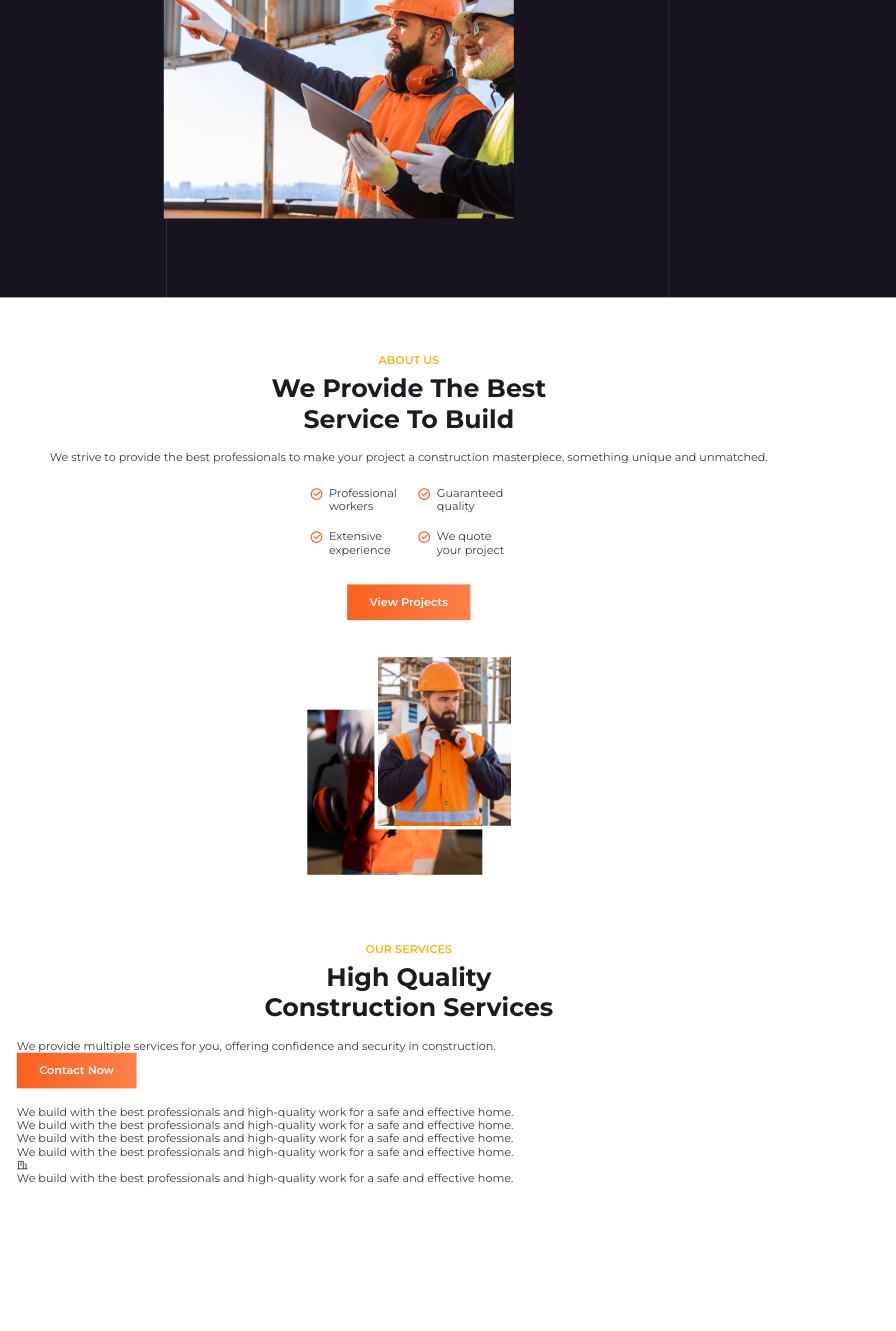
Repository: douglasabnovato/construction
Page: index.html
An editor plug-in stored every save of this project. The page is shown before and after the next save, followed by the edit.
The browser window is 1280 px wide. The pictures show the part of the page from y = 1397 to 3317 px (the page is 3298 px tall before and 3317 px after), at 70% of full size.

Above is the page before, as saved 2025-05-01 12:49:09.

### index.html
<!DOCTYPE html>
<html lang="en">
  <head>
    <meta charset="UTF-8" />
    <meta name="viewport" content="width=device-width, initial-scale=1.0" />

    <!--=============== FAVICON ===============-->
    <link
      rel="shortcut icon"
      href="assets/img/favicon.png"
      type="image/x-icon"
    />

    <!--=============== REMIXICONS ===============-->
    <link
      rel="stylesheet"
      href="https://cdnjs.cloudflare.com/ajax/libs/remixicon/4.2.0/remixicon.css"
    />

    <!--=============== SWIPER CSS ===============-->
    <link rel="stylesheet" href="" />

    <!--=============== CSS ===============-->
    <link rel="stylesheet" href="assets/css/styles.css" />

    <title>Construction</title>
  </head>
  <body>
    <!--==================== HEADER ====================-->
    <header class="header bg-header" id="header">
      <nav class="nav container">
        <a href="#" class="nav__logo">
          <i class="ri-bulding-3-line"></i>
          <span>Construct</span>
        </a>
        <div class="nav__menu" id="nav-menu">
          <u class="nav__list">
            <li>
              <a href="#home" class="nav__link">Home</a>
            </li>
            <li>
              <a href="#aboutus" class="nav__link"> About Us</a>
            </li>
            <li>
              <a href="#services" class="nav__link"> Services</a>
            </li>
            <li>
              <a href="#projects" class="nav__link"> Projects</a>
            </li>
            <li>
              <a href="#contactus" class="nav__link button"> Contact Us</a>
            </li>
          </u>
          <!-- Close Button -->
          <div class="nav__close" id="nav-close">
            <i class="ri-close-large-line"></i>
          </div>
        </div>
        <!-- Toggle menu -->
        <div class="nav__toggle" id="nav-toggle">
          <i class="ri-apps-2-line"></i>
        </div>
      </nav>
    </header>

    <!--==================== MAIN ====================-->
    <main class="main">
      <!--==================== HOME ====================-->
      <section class="home section" id="home">
        <img
          src="./assets/img/home-lines-bg.svg"
          alt="image"
          class="home__lines"
        />
        <div class="home__container container grid">
          <div class="home__container grid">
            <div class="home__data">
              <h1 class="home__title">
                Create The<br />
                Constructions<br />
                You Want Here
              </h1>
              <p class="home__description">
                We provide the best home design, construction and maintenance
                services for you and your family.
              </p>
              <div class="home__buttons">
                <a href="#services" class="button">Our Services</a>
                <a href="#projects" class="button__link"
                  ><span>View Projects</span> <i class="ri-arrow-right-line"></i
                ></a>
              </div>
            </div>
            <div class="home__info">
              <div>
                <h3 class="home__info-title">10+</h3>
                <p class="home__info-description">
                  Years of <br />
                  Experience
                </p>
              </div>
              <div>
                <h3 class="home__info-title">200</h3>
                <p class="home__info-description">
                  Complete <br />
                  Projects
                </p>
              </div>
            </div>
          </div>
          <div class="home__images">
            <img src="./assets/img/home-img-1.png" alt="imagem" />
            <img src="./assets/img/home-img-2.png" alt="imagem" />
          </div>
        </div>
      </section>

      <!--==================== ABOUT ====================-->
      <section class="about section" id="about">
        <div class="about__container container grid">
          <div class="about__data">
            <span class="section__subtitle">ABOUT US</span>
            <h2 class="section__title">
              We Provide The Best <br />
              Service To Build
            </h2>
            <p class="about__description">
              We strive to provide the best professionals to make your project a
              construction masterpiece, something unique and unmatched.
            </p>
            <ul class="about__list grid">
              <li class="about__list-item">
                <i class="ri-checkbox-circle-line"></i>
                <span>Professional workers</span>
              </li>
              <li class="about__list-item">
                <i class="ri-checkbox-circle-line"></i>
                <span>Guaranteed quality</span>
              </li>
              <li class="about__list-item">
                <i class="ri-checkbox-circle-line"></i>
                <span>Extensive experience</span>
              </li>
              <li class="about__list-item">
                <i class="ri-checkbox-circle-line"></i>
                <span>We quote your project</span>
              </li>
            </ul>
            <a href="#" class="button">View Projects</a>
          </div>
          <div class="about__images">
            <img
              src="./assets/img/about-img-1.png"
              alt="image"
              class="about__img-1"
            />
            <img
              src="./assets/img/about-img-2.png"
              alt="image"
              class="about__img-2"
            />
          </div>
        </div>
      </section>

      <!--==================== SERVICES ====================-->
      <section class="services section" id="services">
        <div class="services__container container grid">
          <div class="services__data">
            <div>
              <span class="section__subtitle">OUR SERVICES</span>
              <h2 class="section__title">
                High Quality <br />
                Construction Services
              </h2>
            </div>
            <p class="services__description">
              We provide multiple services for you, offering confidence and
              security in construction.
            </p>
            <a href="#contact" class="button">Contact Now</a>
          </div>
          <div class="services__swiper">
            <div>
              <article class="services__card">
                <div class="services__icon"></div>
                <h3 class="services__title"></h3>
                <p>
                  We build with the best professionals and high-quality work for
                  a safe and effective home.
                </p>
              </article>
              <article class="services__card">
                <div class="services__icon"></div>
                <h3 class="services__title"></h3>
                <p>
                  We build with the best professionals and high-quality work for
                  a safe and effective home.
                </p>
              </article>
              <article class="services__card">
                <div class="services__icon"></div>
                <h3 class="services__title"></h3>
                <p>
                  We build with the best professionals and high-quality work for
                  a safe and effective home.
                </p>
              </article>
              <article class="services__card">
                <div class="services__icon"></div>
                <h3 class="services__title"></h3>
                <p>
                  We build with the best professionals and high-quality work for
                  a safe and effective home.
                </p>
              </article>
              <article class="services__card">
                <div class="services__icon">
                  <i class="ri-building-line"></i>
                </div>
                <h3 class="services__title"></h3>
                <p>
                  We build with the best professionals and high-quality work for
                  a safe and effective home.
                </p>
              </article>
            </div>
          </div>
          <!-- Navigation buttons -->
        </div>
        <div class="services__shape"></div>
      </section>

      <!--==================== PROJECTS ====================-->
      <section class="projects section" id="projects"></section>

      <!--==================== CONTACT ====================-->
      <section class="contact section" id="contact"></section>
    </main>

    <!--==================== FOOTER ====================-->
    <footer class="footer"></footer>

    <!--========== SCROLL UP ==========-->

    <!--=============== SCROLLREVEAL ===============-->
    <script src=""></script>

    <!--=============== SWIPER JS ===============-->
    <script src=""></script>

    <!--=============== MAIN JS ===============-->
    <script src="assets/js/main.js"></script>
  </body>
</html>

### assets/css/styles.css
/*=============== GOOGLE FONTS ===============*/
@import url("https://fonts.googleapis.com/css2?family=Montserrat:wght@100..900&display=swap");

/*=============== VARIABLES CSS ===============*/
:root {
  --header-height: 3.5rem;

  /*========== Colors ==========*/
  /*Color mode HSL(hue, saturation, lightness)*/
  --first-color: hsl(18, 95%, 55%);
  --second-color: hsl(42, 98%, 52%);
  --first-gradient: linear-gradient(
    90deg,
    hsl(18, 95%, 55%),
    hsl(18, 98%, 64%)
  );
  --title-color: hsl(255, 12%, 12%);
  --text-color: hsl(225, 12%, 24%);
  --text-color-light: hsl(255, 4%, 70%);
  --body-color: hsl(0, 0%, 100%);
  --container-color: hsl(0, 0%, 100%);
  --white-color: hsl(0, 0%, 100%);
  --black-color: hsl(255, 20%, 10%);
  --gray-border: hsl(255, 6%, 90%);
  --black-border: hsl(255, 10%, 20%);

  /*========== Font and typography ==========*/
  /*.5rem = 8px | 1rem = 16px ...*/
  --body-font: "Montserrat", sans-serif;
  --big-font-size: 2.25rem;
  --h1-font-size: 1.5rem;
  --h2-font-size: 1.25rem;
  --h3-font-size: 1rem;
  --normal-font-size: 0.938rem;
  --small-font-size: 0.813rem;

  /*========== Font weight ==========*/
  --font-regular: 400;
  --font-medium: 500;
  --font-semi-bold: 600;
  --font-bold: 700;

  /*========== z index ==========*/
  --z-tooltip: 10;
  --z-fixed: 100;
}

/*========== Responsive typography ==========*/
@media screen and (min-width: 1150px) {
  :root {
    --big-font-size: 3.5rem;
    --h1-font-size: 2.25rem;
    --h2-font-size: 1.5rem;
    --h3-font-size: 1.25rem;
    --normal-font-size: 1rem;
    --small-font-size: 0.875rem;
  }
}

/*=============== BASE ===============*/
* {
  box-sizing: border-box;
  padding: 0;
  margin: 0;
}

html {
  scroll-behavior: smooth;
}

body {
  font-family: var(--body-font);
  font-size: var(--normal-font-size);
  background-color: var(--body-color);
  color: var(--text-color);
}

h1,
h2,
h3,
h4 {
  color: var(--title-color);
  font-weight: var(--font-semi-bold);
}

ul {
  list-style: none;
}

a {
  text-decoration: none;
}

img {
  display: block;
  max-width: 100%;
  height: auto;
}

/*=============== REUSABLE CSS CLASSES ===============*/
.container {
  max-width: 1120px;
  margin-inline: 1.5rem;
}

.grid {
  display: grid;
  gap: 1.5rem;
}

.section {
  padding-block: 5rem 1rem;
}
.section__title,
.section__subtitle {
  text-align: center;
}

.section__title {
  font-size: var(--h1-font-size);
  font-weight: var(--font-bold);
  margin-bottom: 1.5rem;
}

.section__subtitle {
  display: block;
  font-size: var(--normal-font-size);
  font-weight: var(--font-semi-bold);
  color: var(--second-color);
  margin-bottom: 0.5rem;
}

.main {
  overflow: hidden;
}

/*=============== HEADER & NAV ===============*/
.header {
  position: fixed;
  width: 100%;
  top: 0;
  left: 0;
  background-color: transparent;
  z-index: var(--z-fixed);
  transition: background-color .4s;
}

.nav {
  position: relative;
  height: var(--header-height);
  display: flex;
  justify-content: space-between;
  align-items: center;
}

.nav__logo {
  display: flex;
  align-items: center;
  column-gap: 0.25rem;
}

.nav__logo span {
  color: var(--white-color);
  font-weight: var(--font-semi-bold);
  transition: color 0.4s;
}

.nav__logoi i {
  color: var(--first-color);
  font-size: 1.5rem;
}

.nav__toggle,
.nav__close {
  font-size: 1.5rem;
  color: var(--white-color);
  cursor: pointer;
  transition: color 0.4s;
}

/* Navigation for mobile devices */
@media screen and (max-width: 1150px) {
  .nav__menu {
    position: fixed;
    top: 0;
    right: -100%;
    background-color: var(--black-color);
    width: 80%;
    height: 100%;
    padding: 7.5rem 3.5rem 0;
    border-left: 2px solid var(--black-border);
    transition: right 0.4s;
  }
}

.nav__list {
  display: flex;
  flex-direction: column;
  row-gap: 4rem;
}

.nav__link {
  color: var(--text-color-light);
  font-weight: var(--font-semi-bold);
  transition: color 0.4s;
}

.nav__link:hover {
  color: var(--first-color);
}

.nav__close {
  position: absolute;
  top: 1rem;
  right: 1.5rem;
}

/* Show menu */
.show-menu {
  right: 0;
}

/* Change background header */
.bg-header{
  background-color: var(--body-color);
  box-shadow: 0 4px 16px hsla(255, 90%, 8%, .1);
}

.bg-header .nav__logo span,
.bg-header .nav__toggle{
  color: var(--title-color);
}

/* Active link */

/*=============== HOME ===============*/
.home {
  position: relative;
  background-color: var(--black-color);
}

.home__container {
  position: relative;
  row-gap: 3rem;
  padding-block: 2.5rem 6rem;
}

.home__content {
  row-gap: 2.5rem;
}

.home__data {
  text-align: center;
}

.home__title {
  color: var(--white-color);
  font-size: var(--big-font-size);
  font-weight: var(--font-bold);
  margin-bottom: 1rem;
}

.home__description{
  margin-bottom: 2.5rem;
  color: var(--text-color-light);
}

.home_buttons{
  display: flex;
  justify-content: center;
  align-items: center;
  gap: 1rem;
}

.home__info{
  display: flex;
  justify-content: center;
  column-gap: 4.5rem;
}

.home__info-title{
  color: var(--second-color);
  font-size: var(--big-font-size);
  font-weight: var(--font-bold);
  margin-bottom: .5rem;
}

.home__info-description{
  font-size: var(--small-font-size);
  color: var(--white-color);
}

.home__images{
  position: relative;
  justify-self: center;
}

.home__img-1{
  width: 250px;
  margin-left: 3.5rem;
}

.home__img-2{
  width: 150px;
  border: 5px solid var(--black-color);
  position: absolute;
  left: 0;
  bottom: -3.5rem;
}

.home__lines{
  position: absolute;
  top: 0;
  left: 0;
  width: 100%;
  height: 100%;
  object-fit: cover;
  object-position: right;
}

/*=============== BUTTON ===============*/
.button {
  display: inline-flex;
  background: var(--first-gradient);
  color: var(--white-color);
  font-weight: var(--font-semi-bold);
  padding: 1rem 2rem;
  transition: box-shadow .4s;
}

.button:hover{
  box-shadow: 0 8px 32px hsla(18, 95%, 55%, .3);
  color: var(--white-color);
}

.button__link {
  display: flex;
  align-items: center;
  column-gap: .25rem;
  color: var(--first-color);
}

.button__link span{
  font-weight: var(--font-semi-bold);
}

.button__link i {
  font-size: 1.5rem;
  transition: transform .4s;
}

.button__link:hover i {
  transform: translateX(.25rem)
}

/*=============== ABOUT ===============*/
.about__container {
  row-gap: 8rem;
}

.about__data {
  text-align: center;
}

.about__description {
  margin-bottom: 2rem;
}

.about__list {
  text-align: initial;
  grid-template-columns: repeat(2, 130px);
  justify-content: center;
  gap: 1.5rem;
  margin-bottom: 2.5rem;
}

.about__list-item {
  display: flex;
  column-gap: .5rem;
  color: var(--tittle-color);
}

.about__list-item i {
  font-size: 1.25rem;
  color: var(--first-color);
}

.about__images{
  position: relative;
  justify-self: center;
}

.about__img-1 {
  width: 200px;
  border: 5px solid var(--body-color);
  position: absolute;
  top: -5rem;
  left: 6rem;
}

.about__img-2 {
  width: 250px;
  margin-right: 2.5rem;
}


/*=============== SERVICES ===============*/

/* Swiper class */

/*=============== PROJECTS ===============*/

/*=============== CONTACT ===============*/

/*=============== FOOTER ===============*/

/*=============== SCROLL BAR ===============*/

/*=============== SCROLL UP ===============*/

/* Show Scroll Up */

/*=============== BREAKPOINTS ===============*/
/* For small devices */

/* For medium devices */

/* For large devices */

### assets/js/main.js
/*=============== SHOW MENU ===============*/
const navMenu = document.getElementById('nav-menu'),
      navToggle = document.getElementById('nav-toggle'),
      navClose = document.getElementById('nav-close')

/* Menu show */
if(navToggle){
    navToggle.addEventListener('click', () =>{
        navMenu.classList.add('show-menu')
    })
}

/* Menu hidden */
if(navClose){
    navClose.addEventListener('click', () =>{
        navMenu.classList.remove('show-menu')
    })
}

/*=============== REMOVE MENU MOBILE ===============*/
const navLink = document.querySelectorAll('.nav__link')

const linkAction = () =>{
    const navMenu = document.getElementById('nav-menu')
    // When we click on each nav__link, we remove the show-menu class
    navMenu.classList.remove('show-menu')
}
navLink.forEach(n => n.addEventListener('click', linkAction))


/*=============== CHANGE BACKGROUND HEADER ===============*/
const bgHeader = () =>{
    const header = document.getElementById('header')
    // Add a class if the bottom offset is greater than 50 of the viewport
    this.scrollY >= 50 ? header.classList.add('bg-header')
                       : header.classList.remove('bg-header')
}
window.addEventListener('scroll', bgHeader)
bgHeader()

/*=============== SWIPER SERVICES ===============*/

/*=============== SHOW SCROLL UP ===============*/

/*=============== SCROLL SECTIONS ACTIVE LINK ===============*/

/*=============== SCROLL REVEAL ANIMATION ===============*/

After the next save:
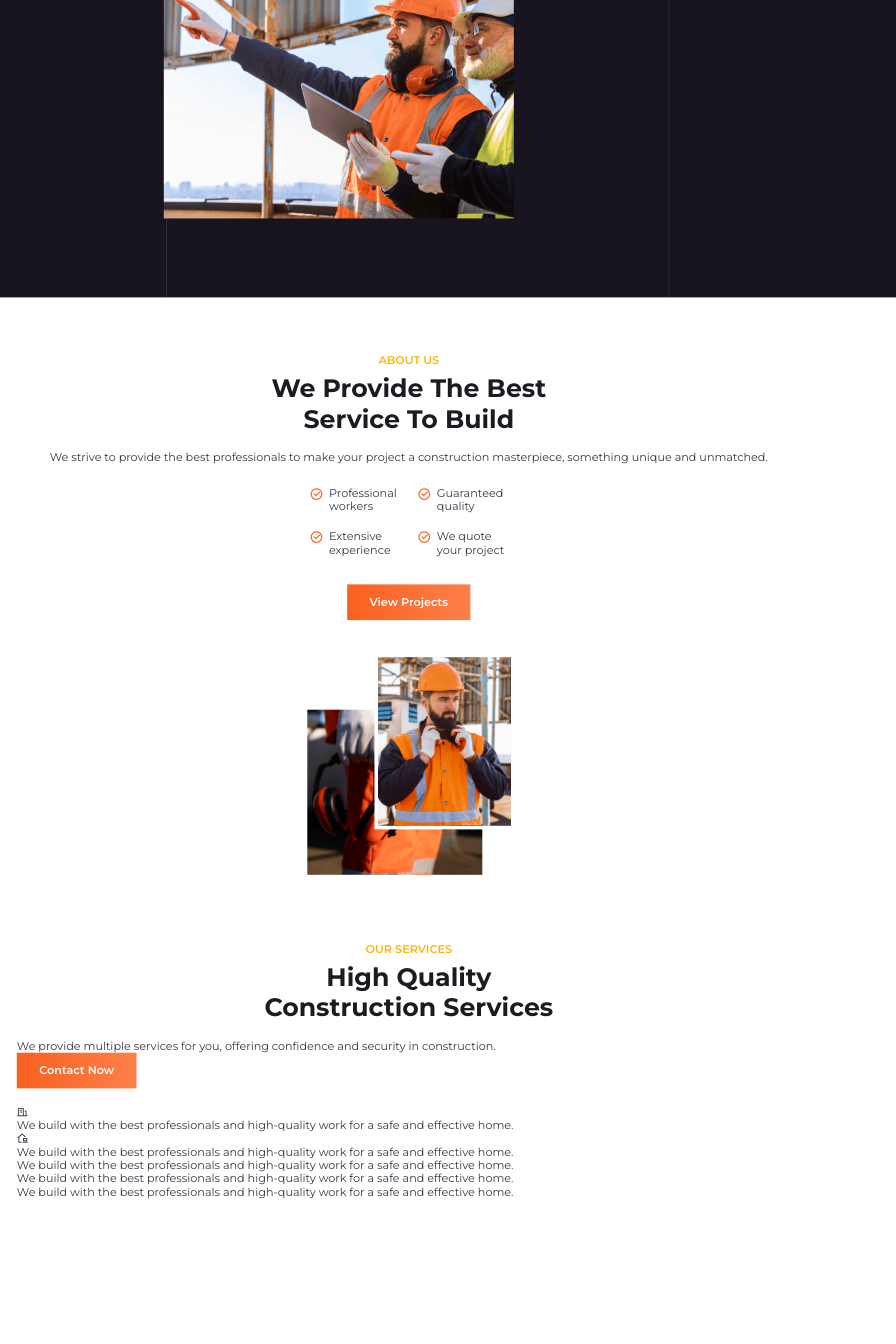
Saved 57 s later.
--- a/index.html
+++ b/index.html
@@ -183,41 +183,43 @@
           <div class="services__swiper">
             <div>
               <article class="services__card">
-                <div class="services__icon"></div>
-                <h3 class="services__title"></h3>
-                <p>
-                  We build with the best professionals and high-quality work for
-                  a safe and effective home.
-                </p>
-              </article>
-              <article class="services__card">
-                <div class="services__icon"></div>
-                <h3 class="services__title"></h3>
-                <p>
-                  We build with the best professionals and high-quality work for
-                  a safe and effective home.
-                </p>
-              </article>
-              <article class="services__card">
-                <div class="services__icon"></div>
-                <h3 class="services__title"></h3>
-                <p>
-                  We build with the best professionals and high-quality work for
-                  a safe and effective home.
-                </p>
-              </article>
-              <article class="services__card">
-                <div class="services__icon"></div>
-                <h3 class="services__title"></h3>
-                <p>
-                  We build with the best professionals and high-quality work for
-                  a safe and effective home.
-                </p>
-              </article>
-              <article class="services__card">
                 <div class="services__icon">
                   <i class="ri-building-line"></i>
                 </div>
+                <h3 class="services__title"></h3>
+                <p>
+                  We build with the best professionals and high-quality work for
+                  a safe and effective home.
+                </p>
+              </article>
+              <article class="services__card">
+                <div class="services__icon">
+                  <i class="ri-home-office-line"></i>
+                </div>
+                <h3 class="services__title"></h3>
+                <p>
+                  We build with the best professionals and high-quality work for
+                  a safe and effective home.
+                </p>
+              </article>
+              <article class="services__card">
+                <div class="services__icon"></div>
+                <h3 class="services__title"></h3>
+                <p>
+                  We build with the best professionals and high-quality work for
+                  a safe and effective home.
+                </p>
+              </article>
+              <article class="services__card">
+                <div class="services__icon"></div>
+                <h3 class="services__title"></h3>
+                <p>
+                  We build with the best professionals and high-quality work for
+                  a safe and effective home.
+                </p>
+              </article>
+              <article class="services__card">
+                <div class="services__icon"></div>
                 <h3 class="services__title"></h3>
                 <p>
                   We build with the best professionals and high-quality work for
